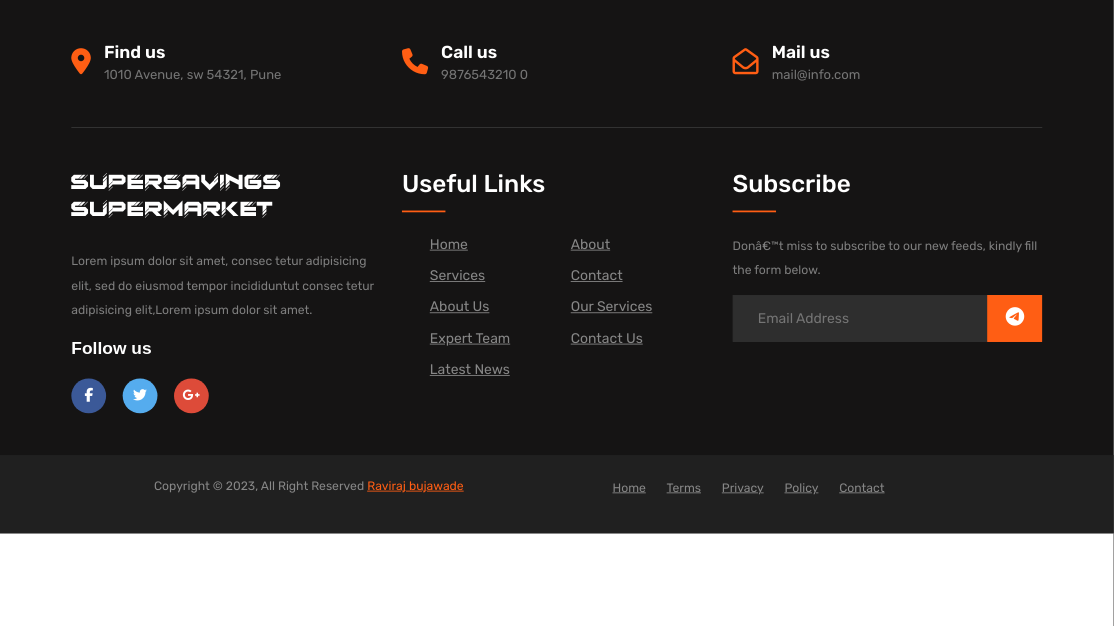
Repository: Raviraj39/SuperSaving-Online-Supermarket-Website
Page: http://localhost/Super_market/products.jsp
These files come from the project's save history. The page is drawn as it stood at one moment and after the next save; the edit follows.
The browser window is 1280 px wide. The pictures show the whole page, at 87% of full size.
The page is served by Tomcat 9. Queries for data that is not in the repository find no rows.

Above is the page before, as saved 2023-12-27 10:20:08.

After the next save:
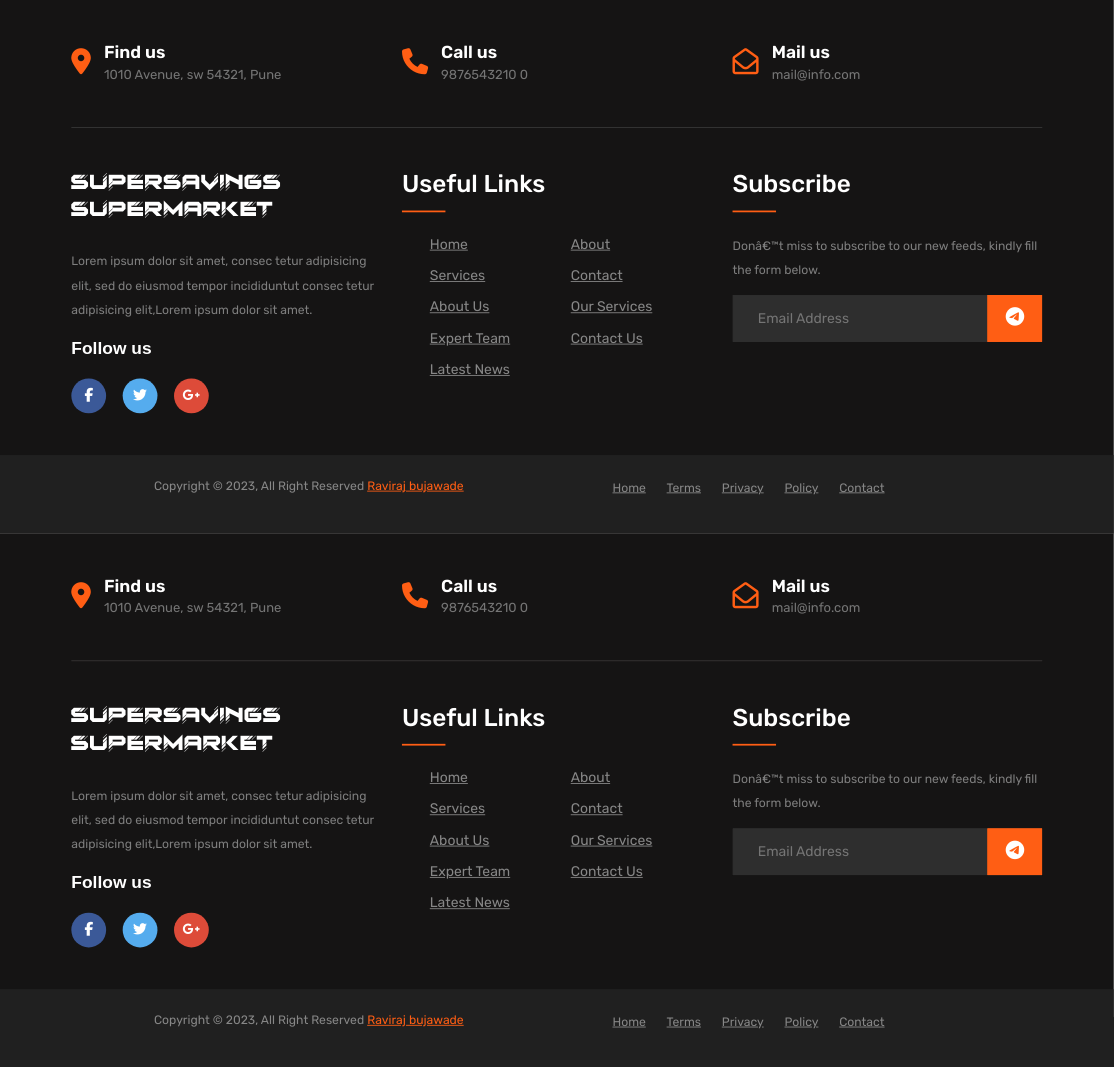
Saved 28 s later.
--- a/Super_market/src/main/webapp/products.jsp
+++ b/Super_market/src/main/webapp/products.jsp
@@ -23,7 +23,7 @@
 
 
 
-		<% %>
+		<%@ include file="Footer.jsp"  %>
 	<section>
 		<div class="mx-0 my-0 p-0">
 			<div class="d-flex flex-coloumn justify-content-center flex-wrap align-items-center m-0 p-0">
